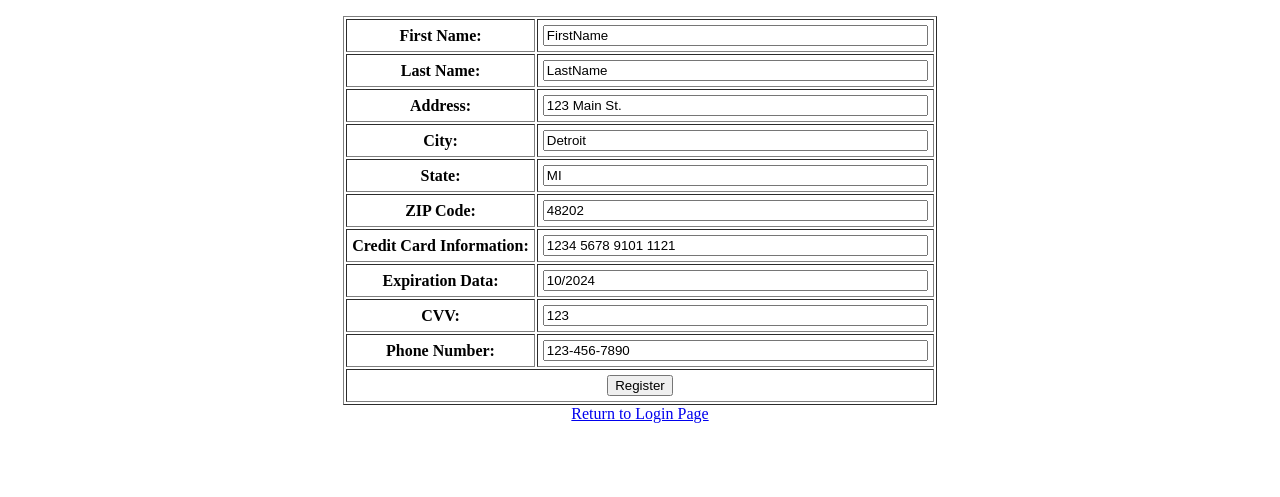
Repository: DBMS-Project-1/Part-1
Page: http://localhost/database/register.jsp
An editor plug-in stored every save of this project. The page is shown before and after the next save, followed by the edit.
The browser window is 1280 px wide. The pictures show the whole page.
The page is served by Tomcat 9.

Above is the page before, as saved 2023-10-13 22:28:00.

After the next save:
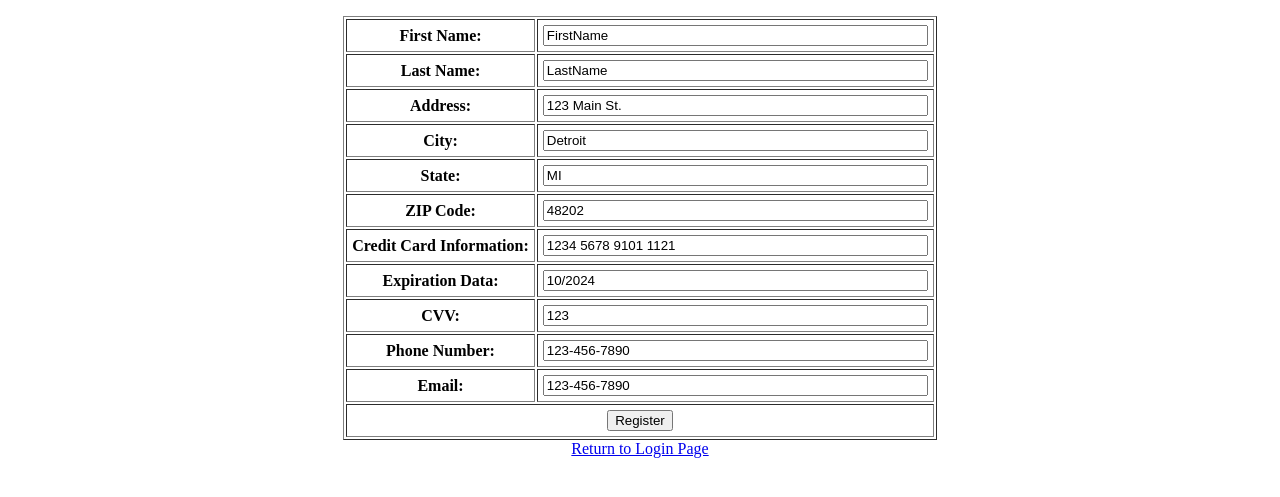
Saved 2 min 28 s later.
--- a/database/WebContent/register.jsp
+++ b/database/WebContent/register.jsp
@@ -72,6 +72,12 @@
 						<input type="text" name="phoneNumber" size="45" value="123-456-7890" onfocus="this.value=''">
 					</td>
 				</tr>
+				<tr>
+					<th>Email: </th>
+					<td align="center" colspan="3">
+						<input type="text" name="example@wayne.edu" size="45" value="123-456-7890" onfocus="this.value=''">
+					</td>
+				</tr>
 
 				<tr>
 					<td align="center" colspan="5">
